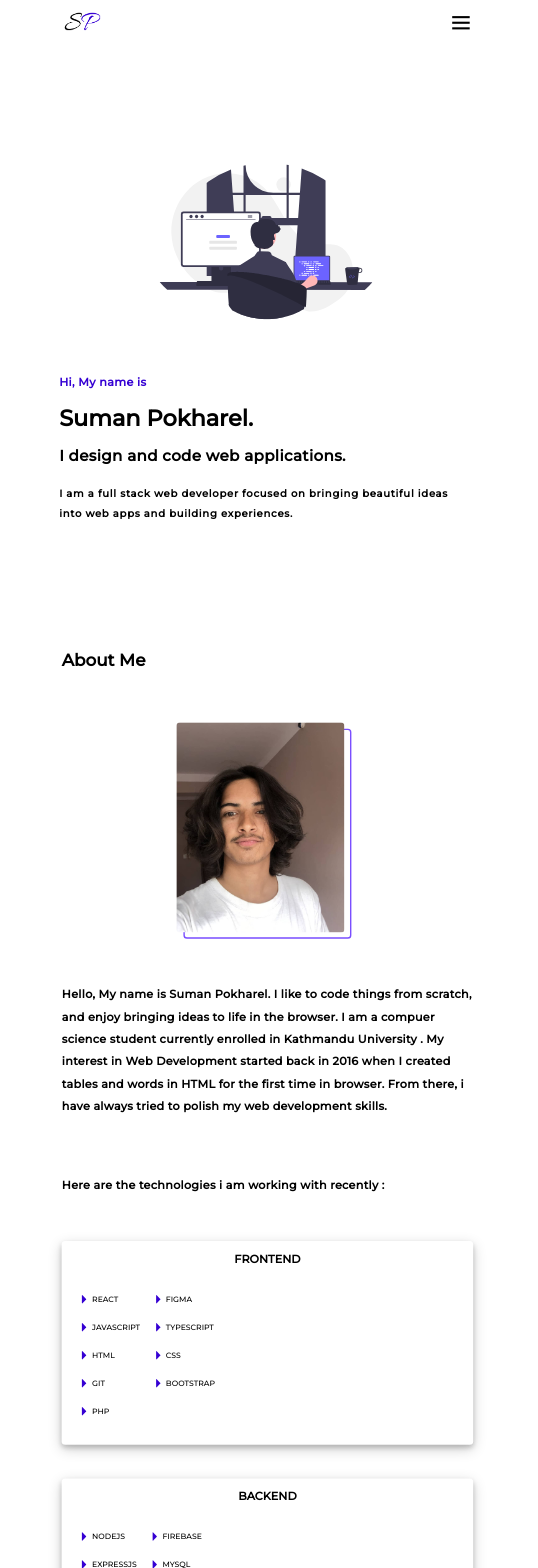
Repository: iamsumanp/portfolio
Page: /
An editor plug-in stored every save of this project. The page is shown before and after the next save, followed by the edit.
The browser window is 768 px wide. The pictures show the part of the page from y = 0 to 2240 px (the page is 5937 px tall before and 5945 px after), at 70% of full size.
The project was rebuilt for these pictures with package versions that can differ from the ones it lists, and the page was loaded fresh each time.

Above is the page before, as saved 2022-07-11 16:03:52.

### public/index.html
<!DOCTYPE html>
<html lang="en">
  <head>
    <meta charset="utf-8" />
    <link rel="icon" href="%PUBLIC_URL%/favicon.ico" />
    <meta name="viewport" content="width=device-width, minimum-scale=1" />
    <meta name="theme-color" content="#000000" />
    <meta name="portfolio" content="mePortfolio" />
    <!-- <link rel="apple-touch-ion" href="%PUBLIC_URL%/logo192.png" /> -->

    <link rel="manifest" href="%PUBLIC_URL%/manifest.json" />
    <link rel="preconnect" href="https://fonts.googleapis.com" />
    <link rel="preconnect" href="https://fonts.gstatic.com" crossorigin />
    <link
      href="https://fonts.googleapis.com/css2?family=Montserrat:wght@500&display=swap"
      rel="stylesheet"
    />
    <title>Suman Pokharel</title>
  </head>
  <body>
    <div id="root"></div>
  </body>
</html>

### src/App.tsx
import "./App.css";
import { BrowserRouter as Router } from "react-router-dom";
import { NavBar } from "./Components/NavBar";
import "./styles/styles.css";
import { Hero } from "./Components/Hero";
import { AboutMe } from "./Components/AboutMe";
import { Projects } from "./Components/Projects";
import { Contact } from "./Components/Contact";
import { Footer } from "./Components/Footer";

function App() {
  return (
    <Router>
      <NavBar />
      <Hero />
      <AboutMe />
      <Projects />
      <Contact />
      <hr />
      <Footer />
    </Router>
  );
}

export default App;

### src/Components/NavBar.tsx
import { gsap } from "gsap";
import React, { useEffect, useRef, useState } from "react";
import { HashLink } from "react-router-hash-link";
const myLogo = require("../assets/logo.png");

export const NavBar = () => {
  const [active, setActive] = useState(false);

  const navRef = useRef<HTMLDivElement>(null);

  const q = gsap.utils.selector(navRef);

  const tl0: gsap.TimelineVars | undefined = useRef(null); // gsap.TimelineVars | undefined
  // const tl10: gsap.TimelineVars | undefined = useRef(null); // gsap.TimelineVars | undefined

  // const imgRef = useRef(null);

  const burgerClick = () => {
    setActive(!active);
  };

  useEffect(() => {
    // if (active === false) {
    //   tl10.current = gsap.timeline({ defaults: { duration: 1 } }).fromTo(
    //     q(".navUl"),
    //     {
    //       y: 5,
    //       opacity: 0,
    //     },
    //     {
    //       y: 0,
    //       opacity: 1,
    //       stagger: {
    //         each: 1,
    //       },
    //     }
    //   );
    // }

    tl0.current = gsap.timeline({ defaults: { duration: 1 } }).fromTo(
      q(".logoImg"),
      {
        opacity: 0,
      },
      {
        opacity: 1,
      }
    );
  });

  return (
    <nav className="navBar" ref={navRef}>
      <HashLink to="#heroSection" className="linkHash" smooth>
        <img
          src={myLogo}
          alt="SP"
          className="logoImg"
          onClick={active ? burgerClick : undefined}
          // ref={imgRef}
        />
      </HashLink>

      <ul className={active ? "navUl nav-active" : "navUl"}>
        <li className="navLinks" onClick={active ? burgerClick : undefined}>
          <HashLink to="#aboutMe" className="linkHash" smooth>
            About me
          </HashLink>
        </li>
        <li className="navLinks" onClick={active ? burgerClick : undefined}>
          <HashLink to="#projectSection" className="linkHash" smooth>
            Projects
          </HashLink>
        </li>
        <li className="navLinks" onClick={active ? burgerClick : undefined}>
          <HashLink to="#contact" className="linkHash" smooth>
            Contact
          </HashLink>
        </li>
        <li className="navLinks resume">Resume</li>
      </ul>
      <div className="burgerMenu" onClick={() => burgerClick()}>
        <div className={active ? "line1 toggle" : "line1"}></div>
        <div className={active ? "line2 toggle2" : "line2"}></div>
        <div className={active ? "line3 toggle3" : "line3"}></div>
      </div>
    </nav>
  );
};

### src/styles/styles.css
:root {
  --main-purple: #3500d3;
  --main-white: rgb(255, 255, 255);
  --main-black: #000000;
  --main-purple-secondary: #7a4eff;
}

* {
  box-sizing: border-box;
  font-family: "Montserrat", sans-serif;
}

body {
  margin: 0;
  padding: 0;
}
@media (max-width: 900px) {
  body {
    overflow-x: hidden;
  }
}

.navBar {
  display: flex;
  flex-direction: row;
  justify-content: space-between;
  align-items: center;
  height: 4rem;
  font-weight: bolder;
  padding: 0.2% 12.5%;
  position: -webkit-sticky;
  position: sticky;
  top: 0px;
  z-index: 2;
  background-color: var(--main-white);
}
@media (max-width: 1100px) {
  .navBar {
    margin-bottom: 5rem;
    overflow-x: hidden;
    padding: 0.2% 12%;
  }
}
.navBar .logoImg {
  height: 25px;
}
.navBar .navUl {
  list-style: none;
  display: flex;
  flex-direction: row;
}
@media (max-width: 900px) {
  .navBar .navUl {
    position: absolute;
    right: 0;
    top: 8vh;
    height: 100vh;
    background-color: var(--main-white);
    flex-direction: column;
    width: 100%;
    z-index: 1;
    justify-content: space-evenly;
    transform: translateX(100%);
    transition: transform 0.4s ease-in;
  }
}
.navBar .nav-active {
  transform: translateX(0%);
}
.navBar .burgerMenu {
  display: none;
}
@media (max-width: 900px) {
  .navBar .burgerMenu {
    display: block;
    cursor: pointer;
  }
}
.navBar .burgerMenu .toggle {
  transform: rotate(-45deg) translate(-5px, 6px);
}
.navBar .burgerMenu .toggle2 {
  opacity: 0;
}
.navBar .burgerMenu .toggle3 {
  transform: rotate(45deg) translate(-5px, -6px);
}
.navBar .burgerMenu div {
  width: 25px;
  height: 3px;
  background-color: var(--main-black);
  transition: transform 0.4s ease;
  margin: 5px;
}
.navBar .navLinks {
  padding: 0 30px;
  cursor: pointer;
  align-self: center;
  text-decoration: none;
}
.navBar .navLinks.resume {
  border: solid 1px var(--main-purple);
  color: var(--main-purple);
  padding: 9px 25px;
  border-radius: 5px;
  margin-left: 1rem;
}
.navBar .navLinks .linkHash {
  text-decoration: none;
  color: black;
}

.heroSection,
.aboutMeSection,
.projectsSection,
.ContactSection {
  width: 80%;
  margin: auto;
}

.heroSection {
  overflow-x: hidden;
  height: 90vh;
  display: flex;
  flex-direction: row;
  align-items: center;
  padding: 0 2% 0 5%;
}
@media (max-width: 1100px) {
  .heroSection {
    flex-direction: column-reverse;
    justify-content: center;
    align-items: center;
    padding: 0 2% 0 1%;
  }
}
.heroSection .content {
  display: flex;
  flex-direction: column;
}
@media (max-width: 1100px) {
  .heroSection .content {
    margin-top: 5rem;
  }
}
.heroSection .content .h4text {
  color: var(--main-purple);
}
.heroSection .content .h1text {
  margin-top: 0;
  font-size: 2.5rem;
}
@media (max-width: 800px) {
  .heroSection .content .h1text {
    font-size: 2rem;
  }
}
.heroSection .content .h4text,
.heroSection .content .h2text {
  letter-spacing: 0.5px;
  margin-top: 0;
}
.heroSection .content .h2text {
  font-size: 1.8rem;
}
@media (max-width: 800px) {
  .heroSection .content .h2text {
    font-size: 1.35rem;
  }
}
.heroSection .content .h5text {
  width: 55%;
  line-height: 2;
  letter-spacing: 1px;
  margin-top: 10px;
  font-size: 0.9rem;
}
@media (max-width: 800px) {
  .heroSection .content .h5text {
    width: 100%;
  }
}
.heroSection .svgImgg {
  margin-left: auto;
  width: 22rem;
}
@media (max-width: 1100px) {
  .heroSection .svgImgg {
    margin-left: 0;
  }
}
@media (max-width: 800px) {
  .heroSection .svgImgg {
    width: 19rem;
  }
}

.aboutMeSection {
  display: flex;
  flex-direction: column;
  justify-content: center;
  padding: 7% 2% 10% 5%;
}
@media (max-width: 1100px) {
  .aboutMeSection {
    padding: 7rem 2% 10% 1.5%;
  }
}
.aboutMeSection .contentAndImage {
  display: flex;
  flex-direction: row;
}
@media (max-width: 1100px) {
  .aboutMeSection .contentAndImage {
    flex-direction: column-reverse;
    margin-top: 2rem;
  }
}
.aboutMeSection .h2textabout {
  margin-top: -3rem;
}
.aboutMeSection .aboutMeContent {
  display: flex;
  flex-direction: column;
  width: 60%;
}
@media (max-width: 1100px) {
  .aboutMeSection .aboutMeContent {
    width: 100%;
  }
}
.aboutMeSection .imgContainer {
  margin-left: auto;
  margin-top: 2rem;
  position: relative;
  height: 350px;
  width: 280px;
  border: solid 2px var(--main-purple-secondary);
  border-radius: 5px;
}
@media (max-width: 1100px) {
  .aboutMeSection .imgContainer {
    margin-left: 0;
    align-self: center;
    margin-bottom: 2rem;
  }
}
@media (max-width: 800px) {
  .aboutMeSection .imgContainer {
    height: 300px;
    width: 240px;
  }
}
.aboutMeSection .imgContainer .imgProfile {
  height: 350px;
  position: absolute;
  right: 8px;
  top: -11px;
  border-radius: 5px;
}
@media (max-width: 800px) {
  .aboutMeSection .imgContainer .imgProfile {
    height: 300px;
  }
}
.aboutMeSection .spanText {
  font-weight: bold;
  margin-top: 2rem;
  line-height: 2;
  letter-spacing: 0.4px;
}
.aboutMeSection .spanText.tech {
  margin-top: 5rem;
}
.aboutMeSection .backEndFrontEndContainer {
  display: flex;
  flex-direction: row;
  margin-top: 4rem;
  justify-content: space-between;
}
@media (max-width: 1100px) {
  .aboutMeSection .backEndFrontEndContainer {
    flex-direction: column;
  }
}
.aboutMeSection .backEndFrontEndContainer .frontEndBox {
  box-shadow: 0 4px 8px 0 rgba(0, 0, 0, 0.2), 0 6px 20px 0 rgba(0, 0, 0, 0.19);
  padding: 2rem 2.5rem;
  display: flex;
  flex-direction: column;
  border-radius: 5px;
}
@media (max-width: 1100px) {
  .aboutMeSection .backEndFrontEndContainer .frontEndBox {
    padding: 1rem;
    margin-bottom: 3rem;
  }
}
.aboutMeSection .backEndFrontEndContainer .frontEndBox .spanTitle {
  align-self: center;
  text-transform: uppercase;
  font-weight: bold;
}

.frontEndTools,
.backEndBox {
  display: flex;
  flex-direction: row;
  margin-top: 1rem;
}
.frontEndTools .fnTools2,
.backEndBox .fnTools2 {
  margin-left: 3rem;
}
@media (max-width: 900px) {
  .frontEndTools .fnTools2,
.backEndBox .fnTools2 {
    margin-left: 0.1rem;
  }
}
.frontEndTools .fnTool,
.backEndBox .fnTool {
  display: flex;
  align-items: center;
  margin: 1.5rem 0.5rem;
}
.frontEndTools .fnTool .triangleRight,
.backEndBox .fnTool .triangleRight {
  color: var(--main-purple);
}

.techName {
  margin-left: 0.8rem;
  text-transform: uppercase;
  font-size: 15px;
}
@media (max-width: 900px) {
  .techName {
    font-size: 11px;
    margin-left: 0.2rem;
  }
}

.projectsSection {
  padding: 5% 2% 0 5%;
  display: flex;
  flex-direction: column;
}
@media (max-width: 1100px) {
  .projectsSection {
    padding: 7rem 2% 10% 1.5%;
  }
}
.projectsSection .Project1Container,
.projectsSection .Project3Container {
  display: flex;
  flex-direction: column;
}
.projectsSection .nameLabelLine {
  margin: 2rem 0;
  display: flex;
  flex-direction: row;
  align-items: center;
}
.projectsSection .nameLabelLine .vl {
  border-bottom: 1px solid gray;
  margin-top: 5px;
  height: inherit;
  width: 35%;
}
@media (max-width: 1100px) {
  .projectsSection .nameLabelLine .vl {
    width: 50%;
  }
}
.projectsSection .h2textabout {
  margin-top: -3rem;
}
.projectsSection .projectContentAndImage {
  display: flex;
  flex-direction: row;
  justify-content: space-between;
}
@media (max-width: 1100px) {
  .projectsSection .projectContentAndImage {
    flex-direction: column-reverse;
  }
}
.projectsSection .projectContentAndImage .hirestationImg {
  height: 15rem;
  border-radius: 5px;
  margin-left: auto;
}
@media (max-width: 1100px) {
  .projectsSection .projectContentAndImage .hirestationImg {
    margin-left: 0;
    align-self: center;
    margin: 2rem 0 4rem 0;
  }
}
@media (max-width: 800px) {
  .projectsSection .projectContentAndImage .hirestationImg {
    height: 10rem;
  }
}
.projectsSection .linksContainer {
  display: flex;
  align-items: center;
  margin: 2rem 0;
}

.projContent {
  width: 50%;
  line-height: 1.5;
  letter-spacing: 0.5px;
}
@media (max-width: 1100px) {
  .projContent {
    width: 100%;
  }
}

.projectLabel {
  font-weight: bold;
  margin-right: 1rem;
}

.Project2Container {
  display: flex;
  flex-direction: column;
  margin-top: 5rem;
  margin-bottom: 7.5rem;
}
.Project2Container .nameLabelLine2 {
  margin: 2rem 0;
  display: flex;
  flex-direction: row;
  justify-content: end;
}
.Project2Container .nameLabelLine2 .vl {
  border-bottom: 1px solid gray;
  margin-bottom: 5px;
  width: 35%;
  margin-right: 1rem;
}
@media (max-width: 1100px) {
  .Project2Container .nameLabelLine2 .vl {
    width: 50%;
  }
}
@media (max-width: 800px) {
  .Project2Container .nameLabelLine2 .vl {
    width: 40%;
  }
}

.projectContentAndImage1 {
  display: flex;
  flex-direction: row;
  justify-content: space-between;
}
@media (max-width: 1100px) {
  .projectContentAndImage1 {
    flex-direction: column;
  }
}
.projectContentAndImage1 .baathcheethImg {
  height: 15rem;
  border-radius: 5px;
  margin-right: auto;
  padding-right: 2rem;
}
@media (max-width: 1100px) {
  .projectContentAndImage1 .baathcheethImg {
    margin-right: 0;
    align-self: center;
    margin: 2rem 0 4rem 0;
  }
}
@media (max-width: 800px) {
  .projectContentAndImage1 .baathcheethImg {
    height: 10rem;
  }
}

.ContactSection {
  padding: 5% 2% 10% 5%;
  display: flex;
  flex-direction: column;
}
@media (max-width: 1100px) {
  .ContactSection {
    padding: 5rem 2% 10% 1.5%;
  }
}
.ContactSection .formContainer {
  margin-top: 2rem;
}
.ContactSection .nameAndEmailSection {
  display: flex;
  flex-direction: row;
  justify-content: space-between;
}
@media (max-width: 900px) {
  .ContactSection .nameAndEmailSection {
    flex-direction: column;
    width: 100%;
  }
}
.ContactSection .nameAndEmailSection .nameContainer {
  display: flex;
  flex-direction: column;
  width: 90%;
}
@media (max-width: 900px) {
  .ContactSection .nameAndEmailSection .nameContainer {
    width: 100%;
  }
}
.ContactSection .nameAndEmailSection .emailContainer {
  display: flex;
  flex-direction: column;
  width: 90%;
  margin-left: 5rem;
}
@media (max-width: 900px) {
  .ContactSection .nameAndEmailSection .emailContainer {
    margin-left: 0;
    margin-top: 3rem;
    width: 100%;
  }
}
.ContactSection .nameAndEmailSection .inputForm {
  box-shadow: 0 4px 8px 0 rgba(0, 0, 0, 0.2), 0 6px 20px 0 rgba(0, 0, 0, 0.19);
  padding: 0.6rem 0.4rem;
  width: 100%;
  border-width: 1px;
  outline: none;
}
.ContactSection .label {
  margin-bottom: 2rem;
  font-weight: bold;
}
.ContactSection .MessageContainer {
  display: flex;
  flex-direction: column;
  margin-top: 4rem;
}
.ContactSection .MessageContainer #messageArea {
  width: 46.5%;
  box-shadow: 0 4px 8px 0 rgba(0, 0, 0, 0.2), 0 6px 20px 0 rgba(0, 0, 0, 0.19);
  height: 7rem;
  resize: none;
  outline: none;
  padding: 0.5rem 0.4rem;
}
@media (max-width: 900px) {
  .ContactSection .MessageContainer #messageArea {
    width: 100%;
  }
}
.ContactSection .submitBtn {
  background-color: var(--main-purple-secondary);
  border: none;
  color: var(--main-white);
  padding: 0.8rem;
  margin-top: 4rem;
  width: 10rem;
  border-radius: 3px;
  cursor: pointer;
}
@media (max-width: 900px) {
  .ContactSection .submitBtn {
    width: 100%;
  }
}

.footerSection {
  width: 80%;
  margin: auto;
  padding: 3% 2% 4% 1.5%;
}
.footerSection .footerContainer {
  display: flex;
  flex-direction: column;
}
@media (max-width: 900px) {
  .footerSection .footerContainer {
    align-items: center;
  }
}
.footerSection .socialMediaAndQuote {
  display: flex;
  justify-content: space-between;
  align-items: center;
  margin-bottom: 1rem;
}
@media (max-width: 900px) {
  .footerSection .socialMediaAndQuote {
    flex-direction: column;
  }
}
.footerSection .socialMediaAndQuote .icons {
  margin-left: 1rem;
}
@media (max-width: 900px) {
  .footerSection .socialMediaAndQuote .socialMedia {
    margin: 2rem 0;
  }
}

@media (max-width: 800px) {
  .spSpan {
    text-align: center;
  }
}/*# sourceMappingURL=styles_20220711160352.css.map */

### src/Components/Hero.tsx
import gsap from "gsap";
import { useEffect, useRef } from "react";
import SvgImg from "./IconComponent/SvgImg";

export const Hero = () => {
  const heroRef = useRef<HTMLDivElement>(null);
  const tl1: gsap.TimelineVars | undefined = useRef();
  const q = gsap.utils.selector(heroRef);
  useEffect(() => {
    tl1.current = gsap
      .timeline({
        defaults: {
          duration: 1,
        },
      })
      .fromTo(
        q(".content"),
        {
          y: 20,
          opacity: 0,
          // stagger: 0.4,
        },
        {
          y: 0,
          opacity: 1,
        }
      )
      .fromTo(
        q(".svgImgg"),
        { x: 20, opacity: 0 },
        { x: 0, opacity: 1 },
        "-=1"
      );
  });
  return (
    <div className="heroSection" id="heroSection" ref={heroRef}>
      <div className="content">
        <h4 className="h4text">Hi, My name is</h4>
        <h1 className="h1text">Suman Pokharel.</h1>
        <h2 className="h2text">I design and code web applications.</h2>
        <h5 className="h5text">
          I am a full stack web developer focused on bringing beautiful ideas
          into web apps and building experiences.
        </h5>
      </div>
      {/* <div className="svgImgg"> */}
      <SvgImg height={221} className="svgImgg" />
      {/* </div> */}
    </div>
  );
};

### src/Components/Contact.tsx
import gsap from "gsap";
import { ScrollTrigger } from "gsap/ScrollTrigger";
import { useEffect, useRef, useState } from "react";
gsap.registerPlugin(ScrollTrigger);

export const Contact = () => {
  const contactRef = useRef<HTMLDivElement>(null);
  const tline: gsap.TimelineVars | undefined = useRef();

  const q = gsap.utils.selector(contactRef);
  const [name, setName] = useState("");
  const [email, setEmail] = useState("");
  const [message, setMessage] = useState("");

  const submitHandler: React.FormEventHandler<HTMLFormElement> = (
    e: React.FormEvent<HTMLFormElement>
  ) => {
    e.preventDefault();

    setName("");
    setEmail("");
    setMessage("");
  };

  useEffect(() => {
    tline.current = gsap
      .timeline({
        defaults: { duration: 1 },
        scrollTrigger: {
          trigger: ".ContactSection",
          start: "-40 center",
          // toggleActions: "play none none reverse",
        },
      })
      .fromTo(
        q(".h2textabout"),
        { y: 10, opacity: 0 },
        {
          y: 0,
          opacity: 1,
          // duration: 2,
        }
      )
      .fromTo(
        q(".formContainer"),
        { y: 20, opacity: 0 },
        {
          y: 0,
          opacity: 1,
          // duration: 2,
        },
        "-=1"
      );
  });
  return (
    <div className="ContactSection" id="contact" ref={contactRef}>
      <h2 className="h2textabout">Interested In working together?</h2>
      <form className="formContainer" onSubmit={submitHandler}>
        <div className="nameAndEmailSection">
          <div className="nameContainer">
            <label htmlFor="Name" className="label">
              Name :
            </label>
            <input
              type="text"
              value={name}
              className="inputForm"
              onChange={(e) => setName(e.target.value)}
            />
          </div>
          <div className="emailContainer">
            <label htmlFor="Email" className="label">
              Email :
            </label>
            <input
              type="email"
              value={email}
              className="inputForm"
              onChange={(e) => setEmail(e.target.value)}
            />
          </div>
        </div>
        <div className="MessageContainer">
          <label htmlFor="Message" className="label">
            Message(optional) :
          </label>
          <textarea
            name="message"
            id="messageArea"
            // cols=30
            // rows=10
            value={message}
            onChange={(e) => setMessage(e.target.value)}
          ></textarea>
        </div>
        <button className="submitBtn" type="submit">
          SUBMIT
        </button>
      </form>
    </div>
  );
};

### src/Components/Footer.tsx
import React from "react";
import { AiFillGithub, AiFillTwitterCircle } from "react-icons/ai";
import { BsLinkedin, BsFacebook } from "react-icons/bs";

export const Footer = () => {
  return (
    <div className="footerSection">
      <div className="footerContainer">
        <div className="socialMediaAndQuote">
          <span>Designed And Built By Suman Pokhrel</span>
          <div className="socialMedia">
            <a
              href="https://www.linkedin.com/in/suman-pokharel-2a4b61206/"
              target="_blank"
              rel="noreferrer"
            >
              <BsLinkedin size={30} className="icons" fill="#2867B2" />
            </a>

            <a
              href="https://www.facebook.com/summan.pokharel/"
              target="_blank"
              rel="noreferrer"
            >
              <BsFacebook size={30} className="icons" fill="	#4267B2" />
            </a>
            <a
              href="https://github.com/iamsumanp"
              target="_blank"
              rel="noreferrer"
              style={{ color: "black" }}
            >
              <AiFillGithub size={34} className="icons" />
            </a>
            <a
              href="https://twitter.com/Itsmesuman2"
              target="_blank"
              rel="noreferrer"
            >
              <AiFillTwitterCircle size={35} className="icons" fill="#00acee" />
            </a>
          </div>
        </div>
        <span className="spSpan">&copy; 2022 - Suman</span>
      </div>
    </div>
  );
};

Loaded but not shown: src/index.tsx (common file); src/Components/IconComponent/SvgImg.tsx (791 lines, source omitted); src/Components/Projects.tsx (280 lines, source omitted); src/Components/AboutMe.tsx (185 lines, source omitted); src/App.css (no stored copy; drawn as an empty file)

After the next save:
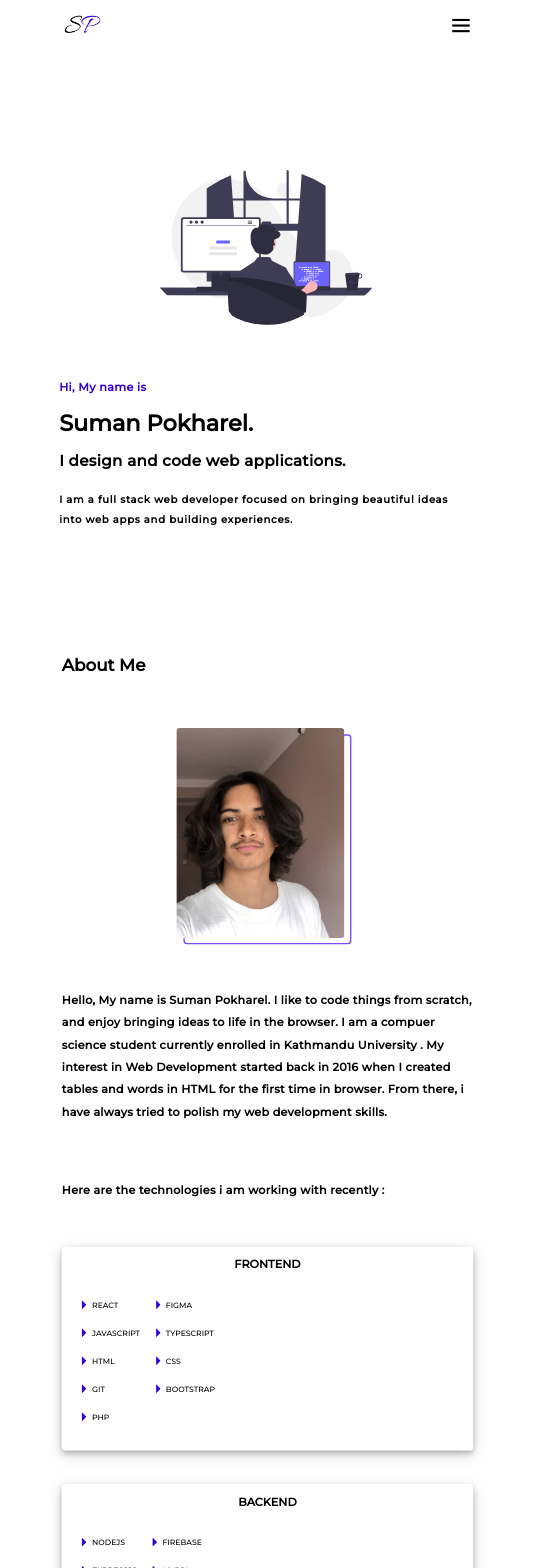
Saved 29 s later.
--- a/src/styles/styles.css
+++ b/src/styles/styles.css
@@ -25,7 +25,7 @@
   flex-direction: row;
   justify-content: space-between;
   align-items: center;
-  height: 4rem;
+  height: 4.5rem;
   font-weight: bolder;
   padding: 0.2% 12.5%;
   position: -webkit-sticky;
@@ -613,4 +613,4 @@
   .spSpan {
     text-align: center;
   }
-}/*# sourceMappingURL=styles_20220711160352.css.map */
+}/*# sourceMappingURL=styles_20220711160421.css.map */

After the save that followed:
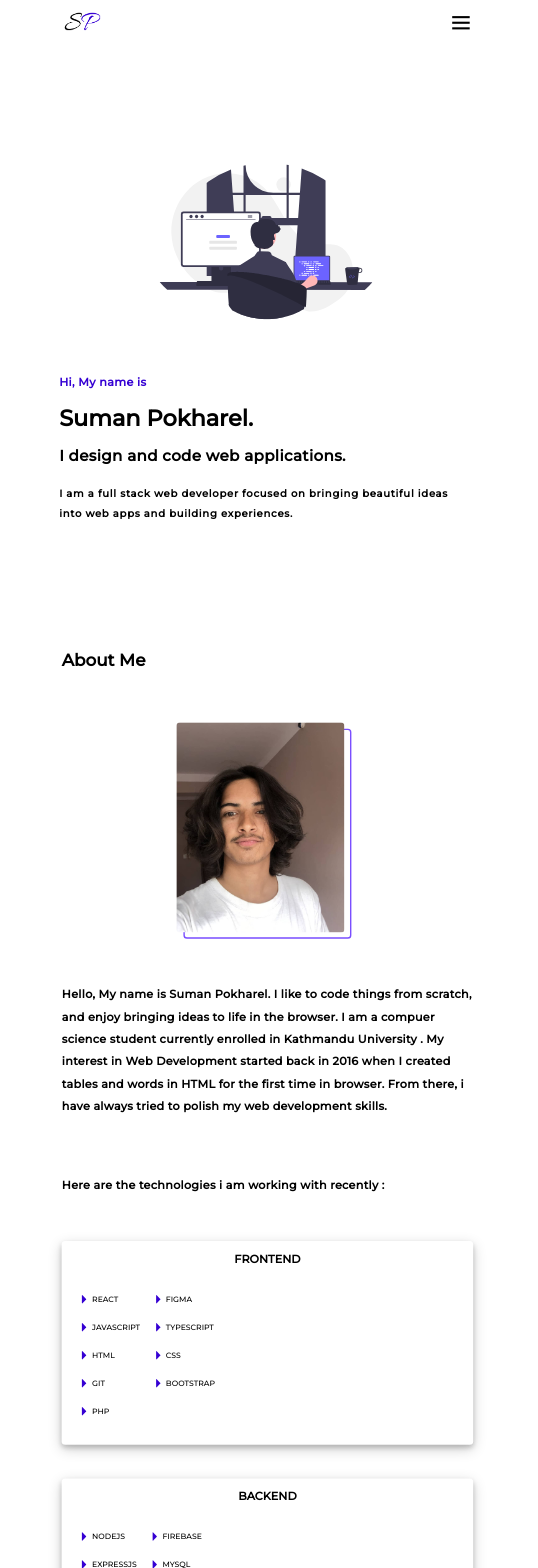
Saved 3 s later.
--- a/src/styles/styles.css
+++ b/src/styles/styles.css
@@ -25,7 +25,7 @@
   flex-direction: row;
   justify-content: space-between;
   align-items: center;
-  height: 4.5rem;
+  height: 4rem;
   font-weight: bolder;
   padding: 0.2% 12.5%;
   position: -webkit-sticky;
@@ -613,4 +613,4 @@
   .spSpan {
     text-align: center;
   }
-}/*# sourceMappingURL=styles_20220711160421.css.map */
+}/*# sourceMappingURL=styles_20220711160424.css.map */
